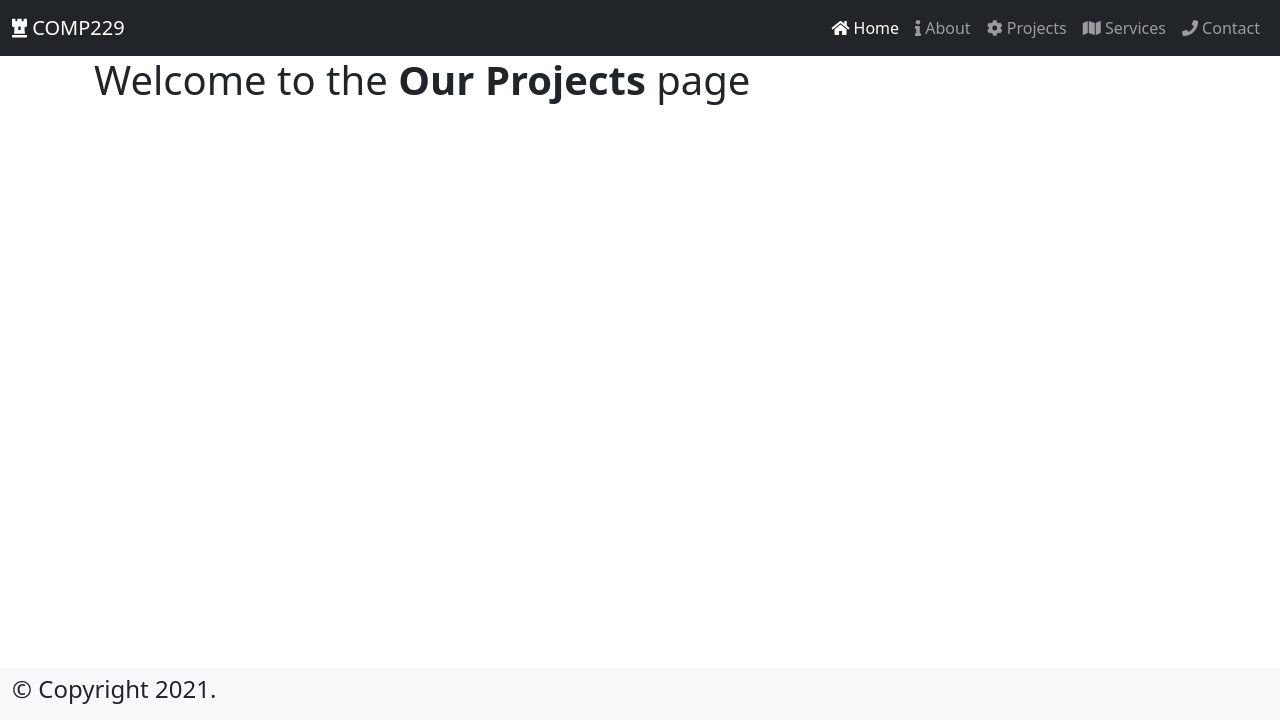
Repository: RevathyJK/Portfolio
Page: http://localhost/projects
The author's editor kept a copy of each file at every save. The page is drawn from the files as they stood at one save, then again after the next save.
The browser window is 1280 px wide. The pictures show the whole page.
The page is served by the project's Node server (server.js). Other server files are loaded and not shown.

Above is the page before, as saved 2021-09-27 23:04:43.

### Server/Views/index.ejs
<!DOCTYPE html>
<html lang="en">
<head>
    <meta charset="UTF-8">
    <meta http-equiv="X-UA-Compatible" content="IE=edge">
    <meta name="viewport" content="width=device-width, initial-scale=1.0">
    <title><%= title %></title>
    <!-- CSS Section -->
    <link rel="stylesheet" href="./Content/app.css">
    <link rel="stylesheet" href="./bootstrap/dist/css/bootstrap.min.css">
    <link rel="stylesheet" href="./@fortawesome/fontawesome-free/css/all.min.css">
</head>
<body>
    <!-- Main Navigation Section -->
    <header>
      <%- include('components/header.ejs'); %>
    </header>


    <!-- Content Section -->
    <main>
      <div class="container">
        <%- include('content/' + page + '.ejs'); %>
      </div>
    </main>

    <footer>
    <%- include('components/footer.ejs'); %>
    </footer>

    <!-- JavaScript Section -->
    <script src="./jquery/dist/jquery.min.js"></script>
    <script src="./bootstrap/dist/js/bootstrap.min.js"></script>
    <script src="./@fortawesome/fontawesome-free/js/all.min.js"></script>

    <script src="./Scripts/app.js"></script>
</body>
</html>

### Server/Views/components/header.ejs
<nav class="navbar navbar-expand-lg navbar-dark bg-dark">
  <div class="container-fluid">
    <a class="navbar-brand" href="/"><i class="fas fa-chess-rook"></i> COMP229</a>
    <button class="navbar-toggler" type="button" data-bs-toggle="collapse" data-bs-target="#navbarSupportedContent" aria-controls="navbarSupportedContent" aria-expanded="false" aria-label="Toggle navigation">
      <span class="navbar-toggler-icon"></span>
    </button>
    <div class="collapse navbar-collapse" id="navbarSupportedContent">
      <ul class="navbar-nav ms-auto mb-2 mb-lg-0">
        <li class="nav-item">
          <a class="nav-link active" href="/home"><i class="fas fa-home"></i> Home</a>
        </li>
        <li class="nav-item">
          <a class="nav-link" href="/about"><i class="fas fa-info"></i> About</a>
        </li>
        <li class="nav-item">
          <a class="nav-link" href="/projects"><i class="fas fa-cog"></i> Projects</a>
        </li>
        <li class="nav-item">
          <a class="nav-link" href="/services"><i class="fas fa-map"></i> Services</a>
        </li>

        <li class="nav-item">
          <a class="nav-link" href="/contact"><i class="fas fa-phone"></i> Contact</a>
        </li>
      </ul>
    </div>
  </div>
</nav>

### Server/Views/content/projects.ejs
<div class="container">
        <h1>Welcome to the <strong><%= title %></strong> page</h1>
</div>

### Server/Views/components/footer.ejs
<nav class="navbar fixed-bottom navbar-light bg-light">
    <div class="container-fluid">
        <h4>&copy; Copyright 2021.</h4>
    </div>
</nav>

### server.js
#!/usr/bin/env node
"use strict";
/**
 * Module dependencies.
 */
var __importDefault = (this && this.__importDefault) || function (mod) {
    return (mod && mod.__esModule) ? mod : { "default": mod };
};
Object.defineProperty(exports, "__esModule", { value: true });
const app_1 = __importDefault(require("./Server/Config/app"));
const debug_1 = __importDefault(require("debug"));
(0, debug_1.default)('comp229-f2021-lesson4:server');
const http_1 = __importDefault(require("http"));
/**
 * Get port from environment and store in Express.
 */
let port = normalizePort(process.env.PORT || '3000');
app_1.default.set('port', port);
/**
 * Create HTTP server.
 */
let server = http_1.default.createServer(app_1.default);
/**
 * Listen on provided port, on all network interfaces.
 */
server.listen(port);
server.on('error', onError);
server.on('listening', onListening);
/**
 * Normalize a port into a number, string, or false.
 */
function normalizePort(val) {
    let port = parseInt(val, 10);
    if (isNaN(port)) {
        // named pipe
        return val;
    }
    if (port >= 0) {
        // port number
        return port;
    }
    return false;
}
/**
 * Event listener for HTTP server "error" event.
 */
function onError(error) {
    if (error.syscall !== 'listen') {
        throw error;
    }
    let bind = typeof port === 'string'
        ? 'Pipe ' + port
        : 'Port ' + port;
    // handle specific listen errors with friendly messages
    switch (error.code) {
        case 'EACCES':
            console.error(bind + ' requires elevated privileges');
            process.exit(1);
            break;
        case 'EADDRINUSE':
            console.error(bind + ' is already in use');
            process.exit(1);
            break;
        default:
            throw error;
    }
}
/**
 * Event listener for HTTP server "listening" event.
 */
function onListening() {
    let addr = server.address();
    let bind = typeof addr === 'string'
        ? 'pipe ' + addr
        : 'port ' + addr.port;
    (0, debug_1.default)('Listening on ' + bind);
}
//# sourceMappingURL=server.js.map

### Server/Routes/index.js
"use strict";
var __importDefault = (this && this.__importDefault) || function (mod) {
    return (mod && mod.__esModule) ? mod : { "default": mod };
};
Object.defineProperty(exports, "__esModule", { value: true });
const express_1 = __importDefault(require("express"));
const router = express_1.default.Router();
exports.default = router;

/* GET home page. */
router.get('/', function (req, res, next) {
    res.render('index', { title: 'Home', page: 'home' });
});
/* GET home page. */
router.get('/home', function (req, res, next) {
    res.render('index', { title: 'Home', page: 'home' });
});
/* GET about page. */
router.get('/about', function (req, res, next) {
    res.render('index', { title: 'About Us', page: 'about' });
});
/* GET projects page. */
router.get('/projects', function (req, res, next) {
    res.render('index', { title: 'Our Projects', page: 'projects' });
});
/* GET services page. */
router.get('/services', function (req, res, next) {
    res.render('index', { title: 'Our Services', page: 'services' });
});
/* GET contact page. */
router.get('/contact', function (req, res, next) {
    res.render('index', { title: 'Contact Us', page: 'contact' });
});

//module.exports = router;
//# sourceMappingURL=index.js.map

### Client/Scripts/app.js
"use strict";
/* custom js goes here */
// IIFE - Immediately Invoked Function Expression (AKA an anonymous self-executing function)
(function () {
    function Start() {
        console.log("App Started...");
    }
    window.addEventListener("load", Start);
})();
//# sourceMappingURL=app.js.map

Loaded but not shown: Client/Content/app.css (common file)

After the next save:
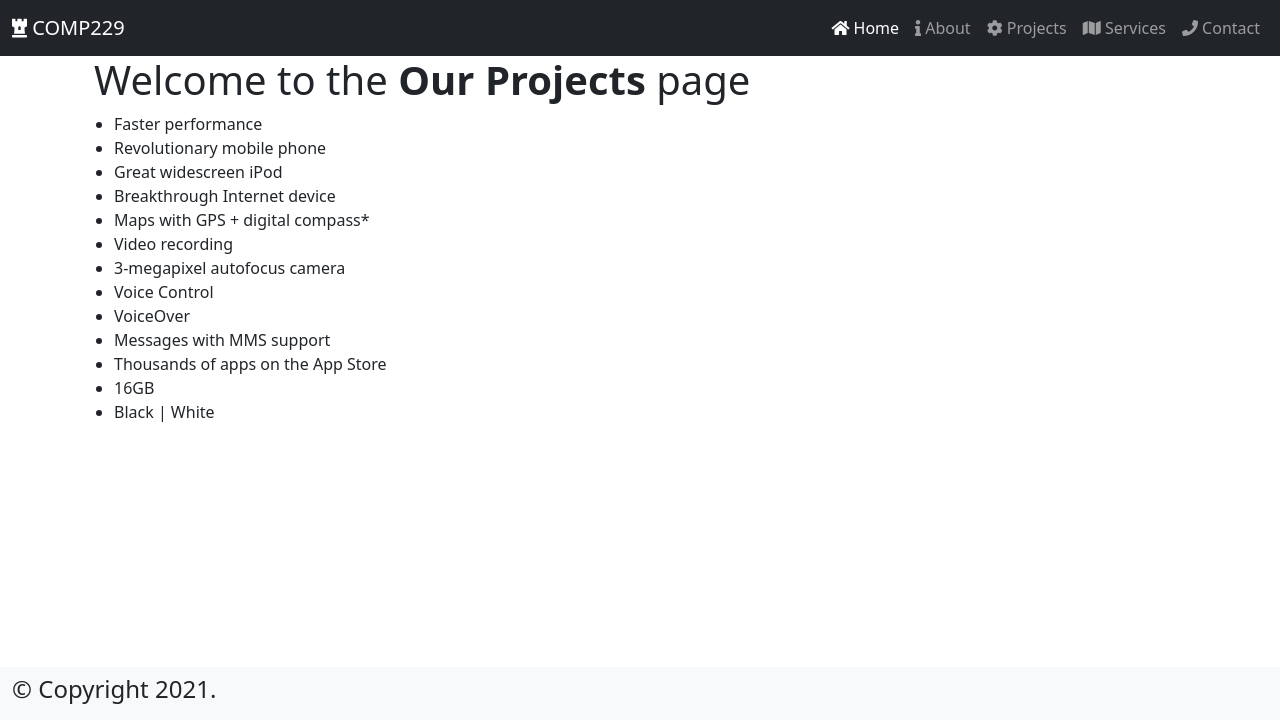
Saved 3 min 47 s later.
--- a/Server/Views/content/projects.ejs
+++ b/Server/Views/content/projects.ejs
@@ -1,3 +1,29 @@
 <div class="container">
         <h1>Welcome to the <strong><%= title %></strong> page</h1>
 </div>
+
+<div>
+<tr>
+
+        <ul>
+			<li>Faster performance </li>
+			<li>Revolutionary mobile phone </li>
+			<li>Great widescreen iPod </li>
+			<li>Breakthrough Internet device </li>
+			<li>Maps with GPS + digital compass* </li>
+			<li>Video recording </li>
+			<li>3-megapixel autofocus camera </li>
+			<li>Voice Control </li>
+			<li>VoiceOver </li>
+			<li>Messages with MMS support </li>
+			<li>Thousands of apps on the App Store </li>
+			<li>16GB </li>
+			<li>Black | White </li>
+		</ul>
+
+</tr>
+
+
+
+
+</div>
